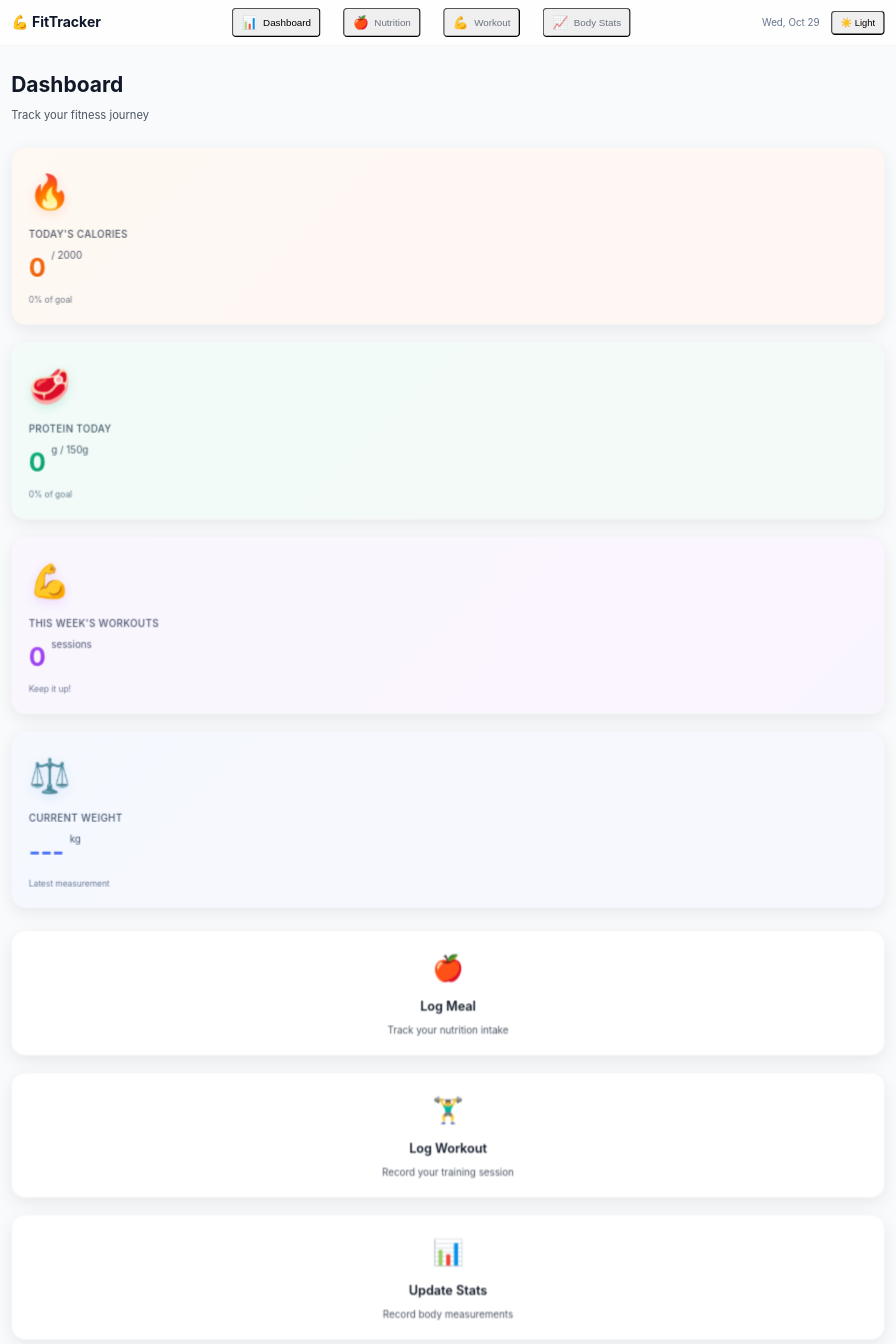
Repository: Apoorv888/Fitness-App
Page: /
These files come from the project's save history. The page is drawn as it stood at one moment and after the next save; the edit follows.
The browser window is 1280 px wide. The pictures show the part of the page from y = 0 to 1920 px (the page is 2962 px tall before and 2963 px after), at 70% of full size.
Backgrounds fixed to the window are drawn as part of the page. The project was rebuilt for these pictures with package versions that can differ from the ones it lists, and the page was loaded fresh each time. Also part of the build but not shown: vite.config.ts, src/components/MealForm.tsx, src/components/MealList.tsx, src/components/GoalsForm.tsx, src/components/NutritionCharts.tsx, src/pages/Nutrition.tsx, src/components/WorkoutForm.tsx, src/components/WorkoutList.tsx and 9 more.

Above is the page before, as saved 2025-10-31 19:55:07.

### index.html
<!doctype html>
<html lang="en">
  <head>
    <meta charset="UTF-8" />
    <link rel="icon" type="image/svg+xml" href="/vite.svg" />
    <meta name="viewport" content="width=device-width, initial-scale=1.0" />
    <title>fitness-app</title>
  </head>
  <body>
    <div id="root"></div>
    <script type="module" src="/src/main.tsx"></script>
  </body>
</html>

### src/main.tsx
import { StrictMode, useEffect } from 'react'
import { createRoot } from 'react-dom/client'
import './index.css'
import App from './App.tsx'
import { useMealStore } from './store/mealStore'
import { useWorkoutStore } from './store/workoutStore'
import { useBodyStatsStore } from './store/bodyStatsStore'
import { useGoalsStore } from './store/goalsStore'

function Boot() {
  const { loadMeals } = useMealStore();
  const { loadWorkouts } = useWorkoutStore();
  const { loadBodyStats } = useBodyStatsStore();
  const { loadGoals } = useGoalsStore();

  useEffect(() => {
    loadMeals();
    loadWorkouts();
    loadBodyStats();
    loadGoals();
  }, []);

  return <App />;
}

createRoot(document.getElementById('root')!).render(
  <StrictMode>
    <Boot />
  </StrictMode>,
)

### src/App.tsx
import React, { useState } from 'react';
import { Navbar } from './components/Navbar';
import { Dashboard } from './pages/Dashboard';
import { Nutrition } from './pages/Nutrition';
import { Workout } from './pages/Workout';
import { BodyStats } from './pages/BodyStats';
import './App.css';

function App() {
  const [activeTab, setActiveTab] = useState('dashboard');

  // Listen for external navigation requests (CustomEvent 'request-nav')
  React.useEffect(() => {
    const handler = (e: any) => {
      const tab = e?.detail?.tab;
      if (tab) setActiveTab(tab);
    };
    window.addEventListener('request-nav', handler as EventListener);
    return () => window.removeEventListener('request-nav', handler as EventListener);
  }, []);

  const renderActiveTab = () => {
    switch (activeTab) {
      case 'dashboard':
        return <Dashboard />;
      case 'nutrition':
        return <Nutrition />;
      case 'workout':
        return <Workout />;
      case 'stats':
        return <BodyStats />;
      default:
        return <Dashboard />;
    }
  };

  return (
    <div className="min-h-screen bg-gray-50">
      <Navbar activeTab={activeTab} onTabChange={setActiveTab} />
      <main>
        {renderActiveTab()}
      </main>
    </div>
  );
}

export default App;

### src/store/mealStore.ts
import { create } from 'zustand';
import { v4 as uuidv4 } from 'uuid';
import type { Meal } from '../types';
import { saveToStorage, loadFromStorage } from '../utils/helpers';
import { STORAGE_KEYS } from '../utils/constants';

interface MealStore {
  meals: Meal[];
  addMeal: (meal: Omit<Meal, 'id' | 'createdAt'>) => void;
  deleteMeal: (id: string) => void;
  updateMeal: (id: string, updates: Partial<Meal>) => void;
  getMealsByDate: (date: string) => Meal[];
  getTodayMacros: () => { calories: number; protein: number; carbs: number; fat: number };
  loadMeals: () => void;
}

export const useMealStore = create<MealStore>((set, get) => ({
  meals: [],

  addMeal: (mealData) => {
    const newMeal: Meal = {
      ...mealData,
      id: uuidv4(),
      createdAt: new Date(),
    };

    const updatedMeals = [...get().meals, newMeal];
    set({ meals: updatedMeals });
    saveToStorage(STORAGE_KEYS.MEALS, updatedMeals);
  },

  deleteMeal: (id) => {
    const updatedMeals = get().meals.filter(meal => meal.id !== id);
    set({ meals: updatedMeals });
    saveToStorage(STORAGE_KEYS.MEALS, updatedMeals);
  },

  updateMeal: (id, updates) => {
    const updatedMeals = get().meals.map(meal =>
      meal.id === id ? { ...meal, ...updates } : meal
    );
    set({ meals: updatedMeals });
    saveToStorage(STORAGE_KEYS.MEALS, updatedMeals);
  },

  getMealsByDate: (date) => {
    return get().meals.filter(meal => meal.date === date);
  },

  getTodayMacros: () => {
    const today = new Date().toISOString().split('T')[0];
    const todayMeals = get().getMealsByDate(today);

    return todayMeals.reduce(
      (totals, meal) => ({
        calories: totals.calories + meal.calories,
        protein: totals.protein + meal.protein,
        carbs: totals.carbs + meal.carbs,
        fat: totals.fat + meal.fat,
      }),
      { calories: 0, protein: 0, carbs: 0, fat: 0 }
    );
  },

  loadMeals: () => {
    const storedMeals = loadFromStorage(STORAGE_KEYS.MEALS);
    if (storedMeals) {
      set({ meals: storedMeals });
    }
  },
}));

### src/store/workoutStore.ts
import { create } from 'zustand';
import { v4 as uuidv4 } from 'uuid';
import type { Workout } from '../types';
import { saveToStorage, loadFromStorage } from '../utils/helpers';
import { STORAGE_KEYS } from '../utils/constants';

interface WorkoutStore {
  workouts: Workout[];
  addWorkout: (workout: Omit<Workout, 'id' | 'createdAt'>) => void;
  deleteWorkout: (id: string) => void;
  updateWorkout: (id: string, updates: Partial<Workout>) => void;
  getWorkoutsByDate: (date: string) => Workout[];
  getWorkoutsByWeek: (startDate: string) => Workout[];
  loadWorkouts: () => void;
}

export const useWorkoutStore = create<WorkoutStore>((set, get) => ({
  workouts: [],

  addWorkout: (workoutData) => {
    const newWorkout: Workout = {
      ...workoutData,
      id: uuidv4(),
      createdAt: new Date(),
    };

    const updatedWorkouts = [...get().workouts, newWorkout];
    set({ workouts: updatedWorkouts });
    saveToStorage(STORAGE_KEYS.WORKOUTS, updatedWorkouts);
  },

  deleteWorkout: (id) => {
    const updatedWorkouts = get().workouts.filter(workout => workout.id !== id);
    set({ workouts: updatedWorkouts });
    saveToStorage(STORAGE_KEYS.WORKOUTS, updatedWorkouts);
  },

  updateWorkout: (id, updates) => {
    const updatedWorkouts = get().workouts.map(workout =>
      workout.id === id ? { ...workout, ...updates } : workout
    );
    set({ workouts: updatedWorkouts });
    saveToStorage(STORAGE_KEYS.WORKOUTS, updatedWorkouts);
  },

  getWorkoutsByDate: (date) => {
    return get().workouts.filter(workout => workout.date === date);
  },

  getWorkoutsByWeek: (startDate) => {
    const start = new Date(startDate);
    const end = new Date(start);
    end.setDate(start.getDate() + 6);

    return get().workouts.filter(workout => {
      const workoutDate = new Date(workout.date);
      return workoutDate >= start && workoutDate <= end;
    });
  },

  loadWorkouts: () => {
    const storedWorkouts = loadFromStorage(STORAGE_KEYS.WORKOUTS);
    if (storedWorkouts) {
      set({ workouts: storedWorkouts });
    }
  },
}));

### src/store/bodyStatsStore.ts
import { create } from 'zustand';
import { v4 as uuidv4 } from 'uuid';
import type { BodyStat } from '../types';
import { saveToStorage, loadFromStorage } from '../utils/helpers';
import { STORAGE_KEYS } from '../utils/constants';

interface BodyStatsStore {
  bodyStats: BodyStat[];
  addBodyStat: (stat: Omit<BodyStat, 'id' | 'createdAt'>) => void;
  deleteBodyStat: (id: string) => void;
  updateBodyStat: (id: string, updates: Partial<BodyStat>) => void;
  getLatestWeight: () => number | undefined;
  getWeightTrend: () => 'up' | 'down' | 'stable';
  loadBodyStats: () => void;
}

export const useBodyStatsStore = create<BodyStatsStore>((set, get) => ({
  bodyStats: [],

  addBodyStat: (statData) => {
    const newStat: BodyStat = {
      ...statData,
      id: uuidv4(),
      createdAt: new Date(),
    };

    const updatedStats = [...get().bodyStats, newStat];
    set({ bodyStats: updatedStats });
    saveToStorage(STORAGE_KEYS.BODY_STATS, updatedStats);
  },

  deleteBodyStat: (id) => {
    const updatedStats = get().bodyStats.filter(stat => stat.id !== id);
    set({ bodyStats: updatedStats });
    saveToStorage(STORAGE_KEYS.BODY_STATS, updatedStats);
  },

  updateBodyStat: (id, updates) => {
    const updatedStats = get().bodyStats.map(stat =>
      stat.id === id ? { ...stat, ...updates } : stat
    );
    set({ bodyStats: updatedStats });
    saveToStorage(STORAGE_KEYS.BODY_STATS, updatedStats);
  },

  getLatestWeight: () => {
    const stats = get().bodyStats
      .filter(stat => stat.weight)
      .sort((a, b) => new Date(b.date).getTime() - new Date(a.date).getTime());

    return stats[0]?.weight;
  },

  getWeightTrend: () => {
    const stats = get().bodyStats
      .filter(stat => stat.weight)
      .sort((a, b) => new Date(b.date).getTime() - new Date(a.date).getTime())
      .slice(0, 2);

    if (stats.length < 2) return 'stable';

    const [latest, previous] = stats;
    const diff = latest.weight! - previous.weight!;

    if (Math.abs(diff) < 0.5) return 'stable';
    return diff > 0 ? 'up' : 'down';
  },

  loadBodyStats: () => {
    const storedStats = loadFromStorage(STORAGE_KEYS.BODY_STATS);
    if (storedStats) {
      set({ bodyStats: storedStats });
    }
  },
}));

### src/store/goalsStore.ts
import { create } from 'zustand';
import type { UserGoals } from '../types';
import { saveToStorage, loadFromStorage } from '../utils/helpers';
import { STORAGE_KEYS } from '../utils/constants';

interface UserGoalsStore {
  goals: UserGoals;
  updateGoals: (updates: Partial<UserGoals>) => void;
  loadGoals: () => void;
}

const defaultGoals: UserGoals = {
  dailyCalories: 2000,
  dailyProtein: 150,
  dailyCarbs: 200,
  dailyFat: 65,
  activityLevel: 1.375, // Lightly active
  goal: 'maintain',
};

export const useGoalsStore = create<UserGoalsStore>((set, get) => ({
  goals: defaultGoals,

  updateGoals: (updates) => {
    const updatedGoals = { ...get().goals, ...updates };
    set({ goals: updatedGoals });
    saveToStorage(STORAGE_KEYS.USER_GOALS, updatedGoals);
  },

  loadGoals: () => {
    const storedGoals = loadFromStorage(STORAGE_KEYS.USER_GOALS);
    if (storedGoals) {
      set({ goals: { ...defaultGoals, ...storedGoals } });
    }
  },
}));

### src/components/Navbar.tsx
import React from 'react';
import { useTheme } from '../hooks/useTheme';

interface NavbarProps {
  activeTab: string;
  onTabChange: (tab: string) => void;
}

const navItems = [
  { id: 'dashboard', label: 'Dashboard', icon: '📊' },
  { id: 'nutrition', label: 'Nutrition', icon: '🍎' },
  { id: 'workout', label: 'Workout', icon: '💪' },
  { id: 'stats', label: 'Body Stats', icon: '📈' },
];

export const Navbar: React.FC<NavbarProps> = ({ activeTab, onTabChange }) => {
  const { theme, toggle } = useTheme();
  return (
    <nav className="shadow-sm border-b border-gray-200" style={{ background: 'var(--card-bg)' }}>
      <div className="max-w-7xl mx-auto px-4 sm:px-6 lg:px-8">
        <div className="flex justify-between h-16">
          <div className="flex items-center">
            <div className="flex-shrink-0">
              <h1 className="text-xl font-bold text-primary-600">
                💪 FitTracker
              </h1>
            </div>
          </div>

          <div className="flex items-center space-x-8">
            {navItems.map((item) => (
              <button
                key={item.id}
                onClick={() => onTabChange(item.id)}
                className={`flex items-center space-x-2 px-3 py-2 rounded-md text-sm font-medium transition-colors duration-200 ${
                  activeTab === item.id
                    ? 'bg-primary-50 text-primary-700 border-b-2 border-primary-600'
                    : 'text-gray-500 hover:text-gray-700 hover:bg-gray-50'
                }`}
              >
                <span className="text-lg">{item.icon}</span>
                <span>{item.label}</span>
              </button>
            ))}
          </div>

          <div className="flex items-center space-x-4">
            <div className="text-sm" style={{ color: 'var(--muted)' }}>
              {new Date().toLocaleDateString('en-US', {
                weekday: 'short', month: 'short', day: 'numeric'
              })}
            </div>

            <button onClick={toggle} className="px-3 py-2 rounded-md" aria-label="Toggle theme">
              {theme === 'dark' ? '🌙 Dark' : '☀️ Light'}
            </button>
          </div>
        </div>
      </div>
    </nav>
  );
};

### src/utils/helpers.ts
// Date utilities
import { format, startOfWeek, endOfWeek, eachDayOfInterval, isToday } from 'date-fns';

export const formatDate = (date: Date) => format(date, 'yyyy-MM-dd');
export const formatDisplayDate = (date: Date) => format(date, 'MMM dd, yyyy');
export const formatTime = (date: Date) => format(date, 'HH:mm');

export const getWeekDays = (date: Date) => {
  const start = startOfWeek(date, { weekStartsOn: 1 }); // Monday
  const end = endOfWeek(date, { weekStartsOn: 1 });
  return eachDayOfInterval({ start, end });
};

export const isTodayDate = (date: Date) => isToday(date);

// Calculate BMI
export const calculateBMI = (weight: number, height: number) => {
  return (weight / (height * height)) * 10000; // height in cm
};

// Calculate calories needed for goal
export const calculateCalorieGoal = (
  weight: number,
  height: number,
  age: number,
  gender: 'male' | 'female',
  activityLevel: number,
  goal: 'lose' | 'maintain' | 'gain'
) => {
  // Mifflin-St Jeor Equation
  let bmr;
  if (gender === 'male') {
    bmr = 10 * weight + 6.25 * height - 5 * age + 5;
  } else {
    bmr = 10 * weight + 6.25 * height - 5 * age - 161;
  }

  const tdee = bmr * activityLevel;

  switch (goal) {
    case 'lose':
      return Math.round(tdee - 500); // 1 lb per week
    case 'gain':
      return Math.round(tdee + 500); // 1 lb per week
    default:
      return Math.round(tdee);
  }
};

// Format numbers
export const formatNumber = (num: number, decimals: number = 1) => {
  return Number(num.toFixed(decimals));
};

// Local storage helpers
export const saveToStorage = (key: string, data: any) => {
  localStorage.setItem(key, JSON.stringify(data));
};

export const loadFromStorage = (key: string) => {
  const stored = localStorage.getItem(key);
  return stored ? JSON.parse(stored) : null;
};

### src/utils/constants.ts
// App constants
export const STORAGE_KEYS = {
  MEALS: 'fitness-app-meals',
  WORKOUTS: 'fitness-app-workouts',
  BODY_STATS: 'fitness-app-body-stats',
  USER_GOALS: 'fitness-app-user-goals',
} as const;

export const ACTIVITY_LEVELS = {
  SEDENTARY: 1.2,
  LIGHTLY_ACTIVE: 1.375,
  MODERATELY_ACTIVE: 1.55,
  VERY_ACTIVE: 1.725,
  EXTREMELY_ACTIVE: 1.9,
} as const;

export const WORKOUT_TYPES = [
  'Push',
  'Pull',
  'Legs',
  'Upper',
  'Lower',
  'Full Body',
  'Cardio',
  'Rest',
] as const;

export const MEAL_TYPES = [
  'Breakfast',
  'Lunch',
  'Dinner',
  'Snack',
] as const;

export const DEFAULT_MACRO_RATIOS = {
  protein: 0.3,
  carbs: 0.4,
  fat: 0.3,
} as const;

export const BODY_MEASUREMENT_TYPES = [
  'weight',
  'bodyFat',
  'muscle',
  'waist',
  'chest',
  'arms',
  'thighs',
] as const;

export type WorkoutType = typeof WORKOUT_TYPES[number];
export type MealType = typeof MEAL_TYPES[number];
export type BodyMeasurementType = typeof BODY_MEASUREMENT_TYPES[number];

### src/hooks/useTheme.ts
import { useEffect, useState } from 'react';

const STORAGE_KEY = 'fitness-app-theme';

export const useTheme = () => {
  const [theme, setTheme] = useState<'light' | 'dark'>(() => {
    try {
      const stored = localStorage.getItem(STORAGE_KEY);
      if (stored === 'dark' || stored === 'light') return stored;
    } catch (_) {}
    // default follow prefers-color-scheme
    if (typeof window !== 'undefined' && window.matchMedia && window.matchMedia('(prefers-color-scheme: dark)').matches) {
      return 'dark';
    }
    return 'light';
  });

  useEffect(() => {
    try { localStorage.setItem(STORAGE_KEY, theme); } catch (_) {}
    if (theme === 'dark') {
      document.documentElement.setAttribute('data-theme', 'dark');
    } else {
      document.documentElement.removeAttribute('data-theme');
    }
  }, [theme]);

  const toggle = () => setTheme(t => t === 'dark' ? 'light' : 'dark');

  return { theme, setTheme, toggle } as const;
};

Loaded but not shown: src/index.css (388 lines, source omitted); src/pages/Dashboard.tsx (204 lines, source omitted); src/components/ExportImport.tsx (94 lines, source omitted); src/components/WorkoutHeatmap.tsx (96 lines, source omitted); src/components/StatCard.tsx (115 lines, source omitted); src/components/ExportCSV.tsx (49 lines, source omitted)

After the next save:
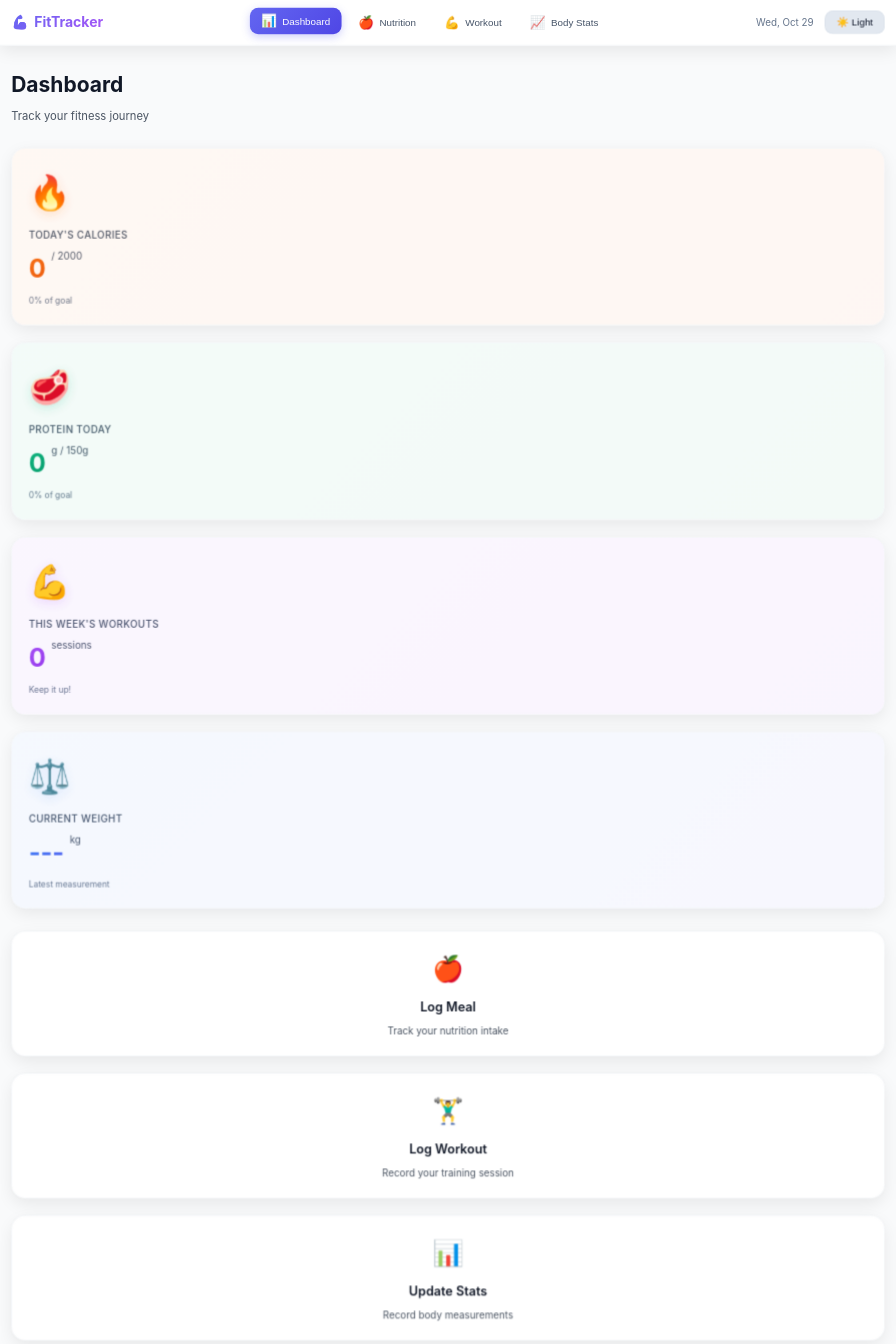
Saved 32 s later.
--- a/src/components/Navbar.tsx
+++ b/src/components/Navbar.tsx
@@ -16,29 +16,72 @@ const navItems = [
 export const Navbar: React.FC<NavbarProps> = ({ activeTab, onTabChange }) => {
   const { theme, toggle } = useTheme();
   return (
-    <nav className="shadow-sm border-b border-gray-200" style={{ background: 'var(--card-bg)' }}>
+    <nav
+      style={{
+        background: 'var(--card-bg)',
+        backdropFilter: 'var(--backdrop-blur)',
+        WebkitBackdropFilter: 'var(--backdrop-blur)',
+        boxShadow: 'var(--shadow-md)',
+        borderBottom: '1px solid var(--card-border)',
+        position: 'sticky',
+        top: 0,
+        zIndex: 50
+      }}
+    >
       <div className="max-w-7xl mx-auto px-4 sm:px-6 lg:px-8">
         <div className="flex justify-between h-16">
           <div className="flex items-center">
             <div className="flex-shrink-0">
-              <h1 className="text-xl font-bold text-primary-600">
-                💪 FitTracker
+              <h1
+                className="text-xl font-bold"
+                style={{
+                  background: 'linear-gradient(135deg, var(--primary) 0%, var(--accent-purple) 100%)',
+                  WebkitBackgroundClip: 'text',
+                  WebkitTextFillColor: 'transparent',
+                  backgroundClip: 'text',
+                  display: 'flex',
+                  alignItems: 'center',
+                  gap: '8px'
+                }}
+              >
+                💪 <span>FitTracker</span>
               </h1>
             </div>
           </div>
 
-          <div className="flex items-center space-x-8">
+          <div className="flex items-center space-x-2">
             {navItems.map((item) => (
               <button
                 key={item.id}
                 onClick={() => onTabChange(item.id)}
-                className={`flex items-center space-x-2 px-3 py-2 rounded-md text-sm font-medium transition-colors duration-200 ${
-                  activeTab === item.id
-                    ? 'bg-primary-50 text-primary-700 border-b-2 border-primary-600'
-                    : 'text-gray-500 hover:text-gray-700 hover:bg-gray-50'
-                }`}
+                style={{
+                  display: 'flex',
+                  alignItems: 'center',
+                  gap: '8px',
+                  padding: '8px 16px',
+                  borderRadius: '12px',
+                  fontSize: '14px',
+                  fontWeight: '500',
+                  transition: 'all 0.3s cubic-bezier(0.4, 0, 0.2, 1)',
+                  background: activeTab === item.id ? 'linear-gradient(135deg, var(--primary) 0%, var(--primary-600) 100%)' : 'transparent',
+                  color: activeTab === item.id ? 'white' : 'var(--text-secondary)',
+                  border: 'none',
+                  cursor: 'pointer',
+                  boxShadow: activeTab === item.id ? '0 4px 12px var(--primary-glow)' : 'none',
+                  transform: activeTab === item.id ? 'translateY(-2px)' : 'none'
+                }}
+                onMouseEnter={(e) => {
+                  if (activeTab !== item.id) {
+                    e.currentTarget.style.background = 'var(--btn-secondary)';
+                  }
+                }}
+                onMouseLeave={(e) => {
+                  if (activeTab !== item.id) {
+                    e.currentTarget.style.background = 'transparent';
+                  }
+                }}
               >
-                <span className="text-lg">{item.icon}</span>
+                <span style={{ fontSize: '18px' }}>{item.icon}</span>
                 <span>{item.label}</span>
               </button>
             ))}
@@ -51,8 +94,34 @@ export const Navbar: React.FC<NavbarProps> = ({ activeTab, onTabChange }) => {
               })}
             </div>
 
-            <button onClick={toggle} className="px-3 py-2 rounded-md" aria-label="Toggle theme">
-              {theme === 'dark' ? '🌙 Dark' : '☀️ Light'}
+            <button
+              onClick={toggle}
+              style={{
+                padding: '8px 16px',
+                borderRadius: '12px',
+                background: 'var(--btn-secondary)',
+                backdropFilter: 'var(--backdrop-blur)',
+                border: '1px solid var(--card-border)',
+                color: 'var(--text)',
+                cursor: 'pointer',
+                fontSize: '14px',
+                fontWeight: '500',
+                transition: 'all 0.3s ease',
+                display: 'flex',
+                alignItems: 'center',
+                gap: '6px'
+              }}
+              onMouseEnter={(e) => {
+                e.currentTarget.style.transform = 'translateY(-2px)';
+                e.currentTarget.style.boxShadow = 'var(--shadow-md)';
+              }}
+              onMouseLeave={(e) => {
+                e.currentTarget.style.transform = 'translateY(0)';
+                e.currentTarget.style.boxShadow = 'none';
+              }}
+              aria-label="Toggle theme"
+            >
+              {theme === 'dark' ? '🌙' : '☀️'} {theme === 'dark' ? 'Dark' : 'Light'}
             </button>
           </div>
         </div>
